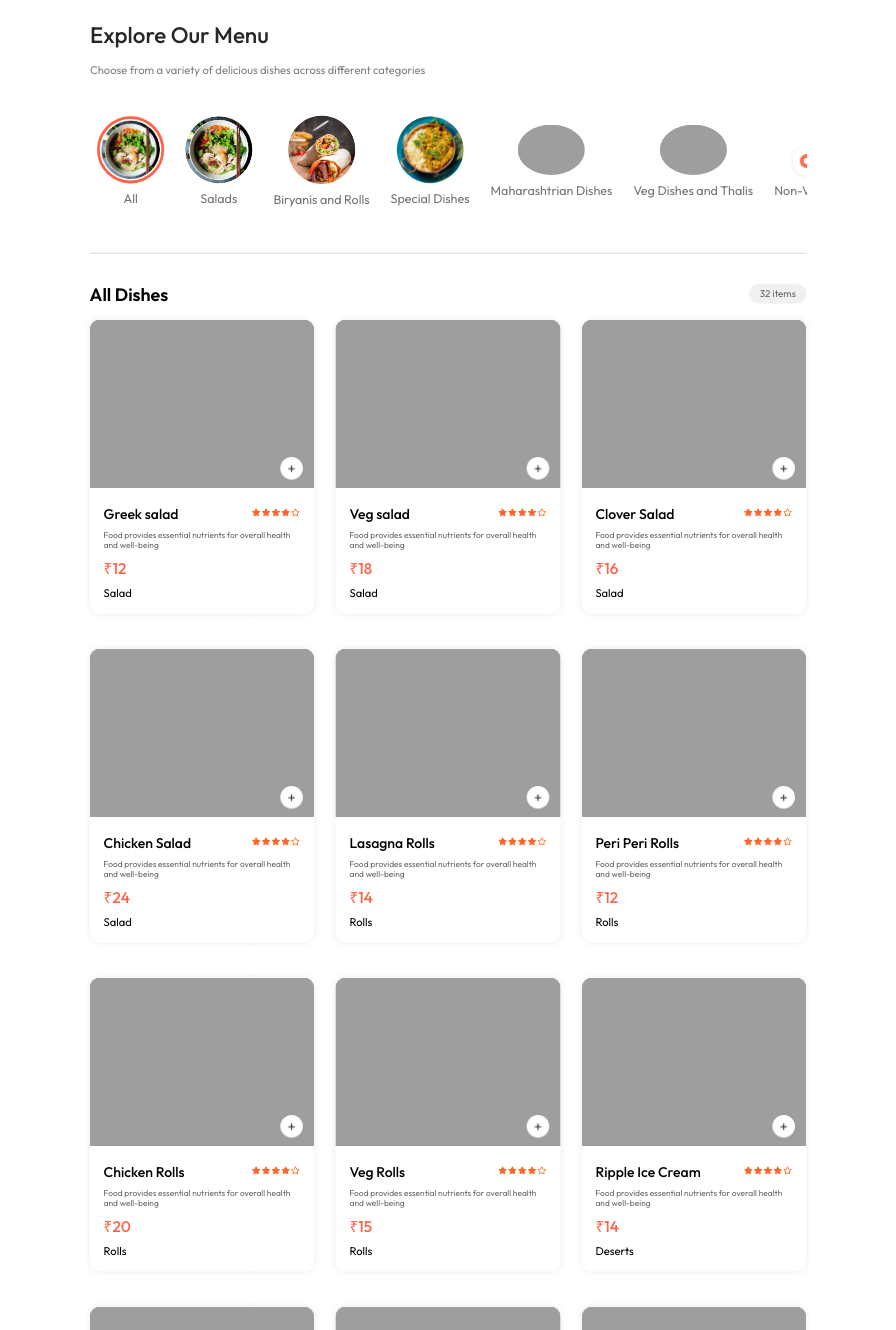
Repository: keyursanglikar/Hotel-Manangement
Page: / (app in frontend/)
The author's editor kept a copy of each file at every save. The page is drawn from the files as they stood at one save, then again after a run of saves.
The browser window is 1280 px wide. The pictures show the part of the page from y = 609 to 2509 px (the page is 9373 px tall), at 70% of full size.
Pictures or frames that could not be fetched are drawn as grey boxes. The page's requests for data from a server got no answer. The project was rebuilt for these pictures with package versions that can differ from the ones it lists, and the page was loaded fresh each time. No one was signed in, and anything a server would have sent is missing. Also part of the build but not shown: frontend/vite.config.js, frontend/src/pages/Cart/Cart.css, frontend/src/pages/Cart/Cart.jsx, frontend/src/pages/PlaceOrder/PlaceOrder.jsx, frontend/src/components/LoginPopup/LoginPopup.css, frontend/src/components/LoginPopup/LoginPopup.jsx, frontend/src/pages/Verify/Verify.css, frontend/src/pages/Verify/Verify.jsx and 2 more.

Above is the page before, as saved 2025-12-04 23:53:00.

After the next 2 saves:
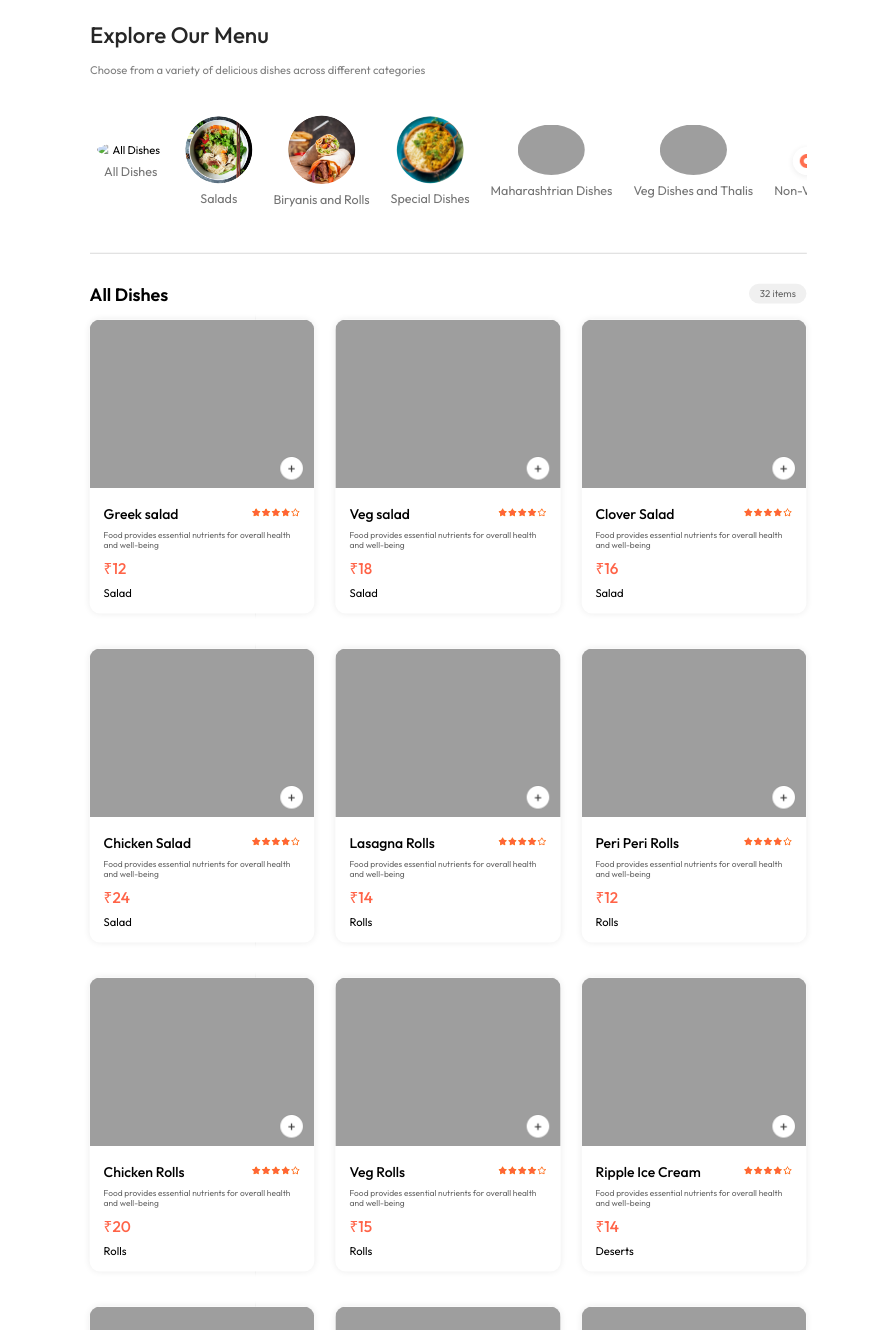
The 2 saves are shown as one change because they came seconds apart.
The last was saved 26 s later.
--- a/frontend/src/components/ExploreMenu/ExploreMenu.jsx
+++ b/frontend/src/components/ExploreMenu/ExploreMenu.jsx
@@ -40,7 +40,7 @@
 
   // Define all available categories
   const allCategories = [
-    "All",
+    "All Dishes",
     "Salads",
     "Biryanis and Rolls",
     "Special Dishes",

After the 2 saves that followed:
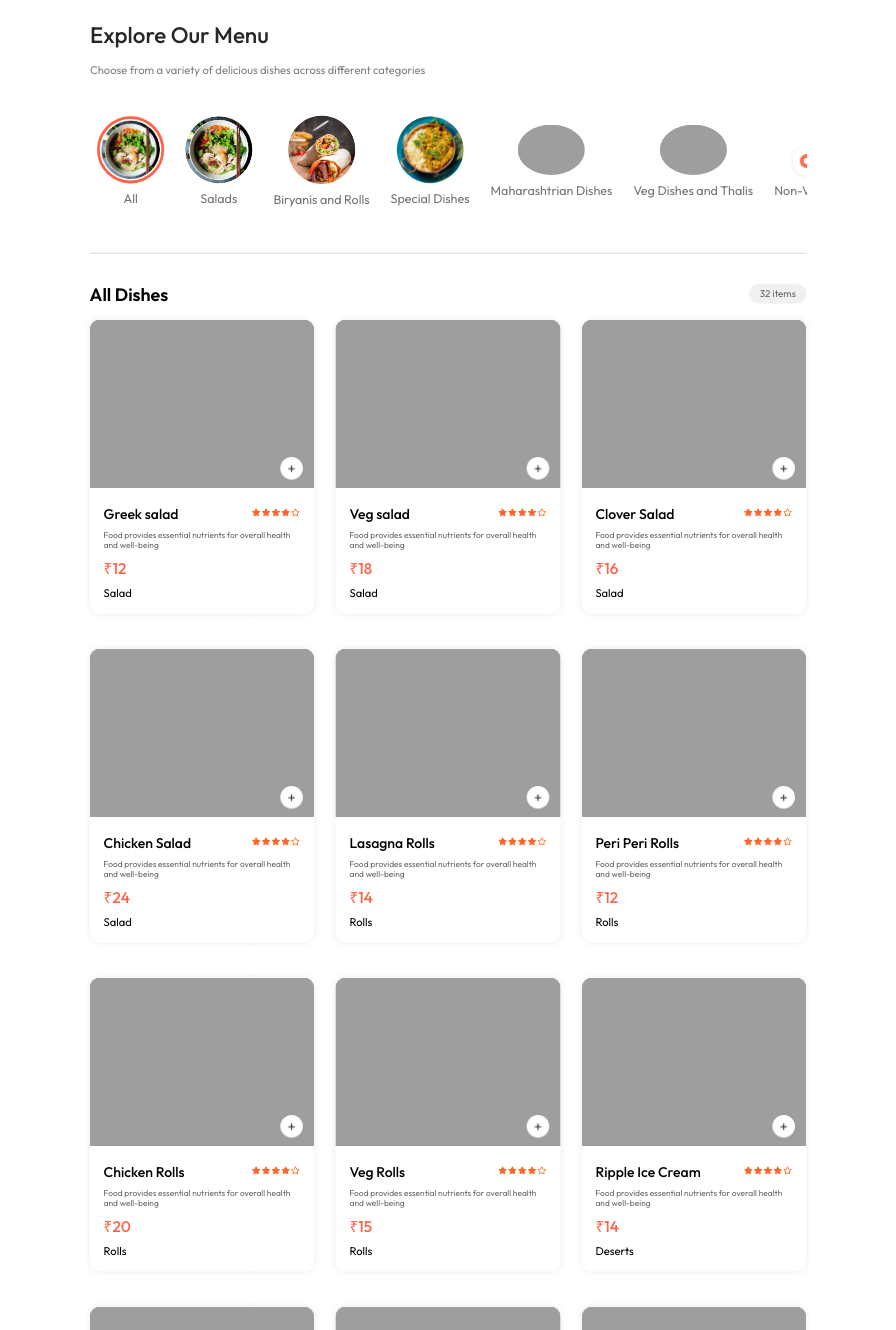
The 2 saves are shown as one change because they came seconds apart.
The last was saved 7 s later.
--- a/frontend/src/components/ExploreMenu/ExploreMenu.jsx
+++ b/frontend/src/components/ExploreMenu/ExploreMenu.jsx
@@ -40,7 +40,7 @@
 
   // Define all available categories
   const allCategories = [
-    "All Dishes",
+    "All",
     "Salads",
     "Biryanis and Rolls",
     "Special Dishes",
